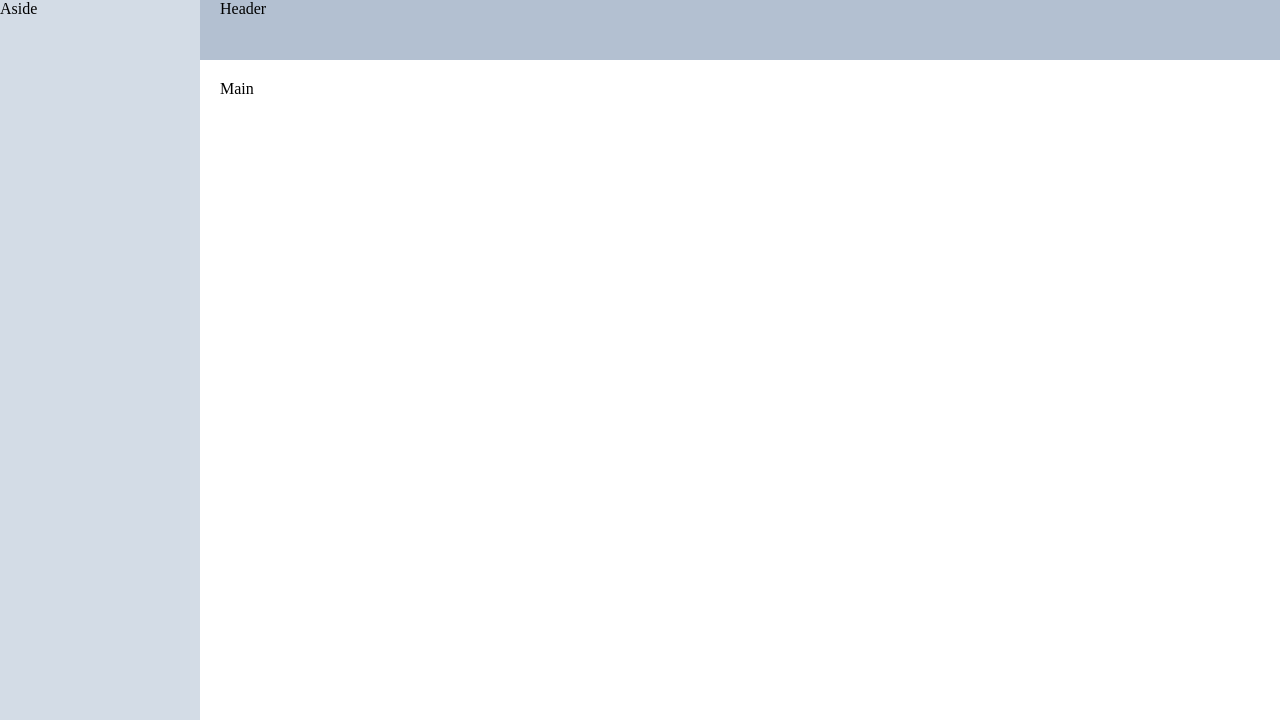
Repository: Azhaihh/toutiao-publish-admin
Page: /
These files come from the project's save history. The page is drawn as it stood at one moment and after a run of saves; the edit follows.
The browser window is 1280 px wide. The pictures show the whole page.
The project was rebuilt for these pictures with package versions that can differ from the ones it lists, and the page was loaded fresh each time. Also part of the build but not shown: src/styles/index.less, src/views/home/index.vue.

Above is the page before, as saved 2020-12-14 15:41:13.

After the next 3 saves:
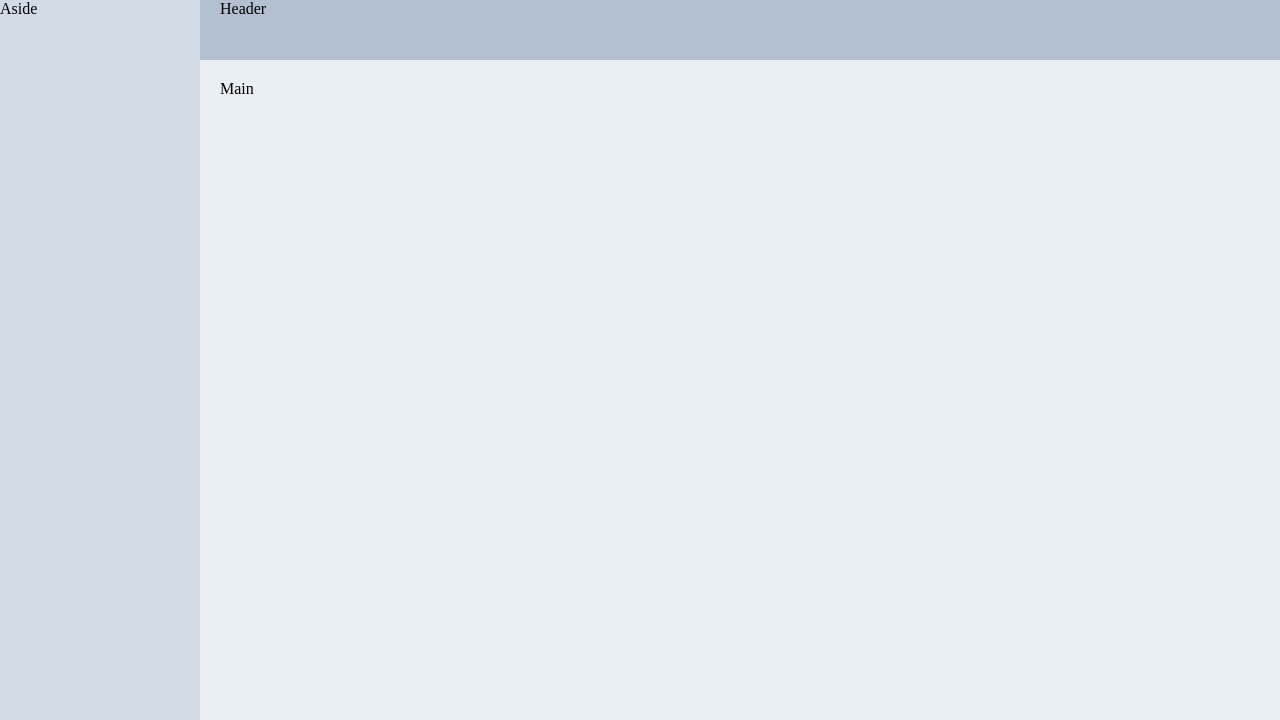
The 3 saves are shown as one change because 1 did not build or start and some came seconds apart.
The last was saved 14 s later.
--- a/src/views/layout/index.vue
+++ b/src/views/layout/index.vue
@@ -38,6 +38,6 @@ export default {
 }
 
 .mainAside {
-  background-color: #fff;
+  background-color: #e9eef3;
 }
 </style>
